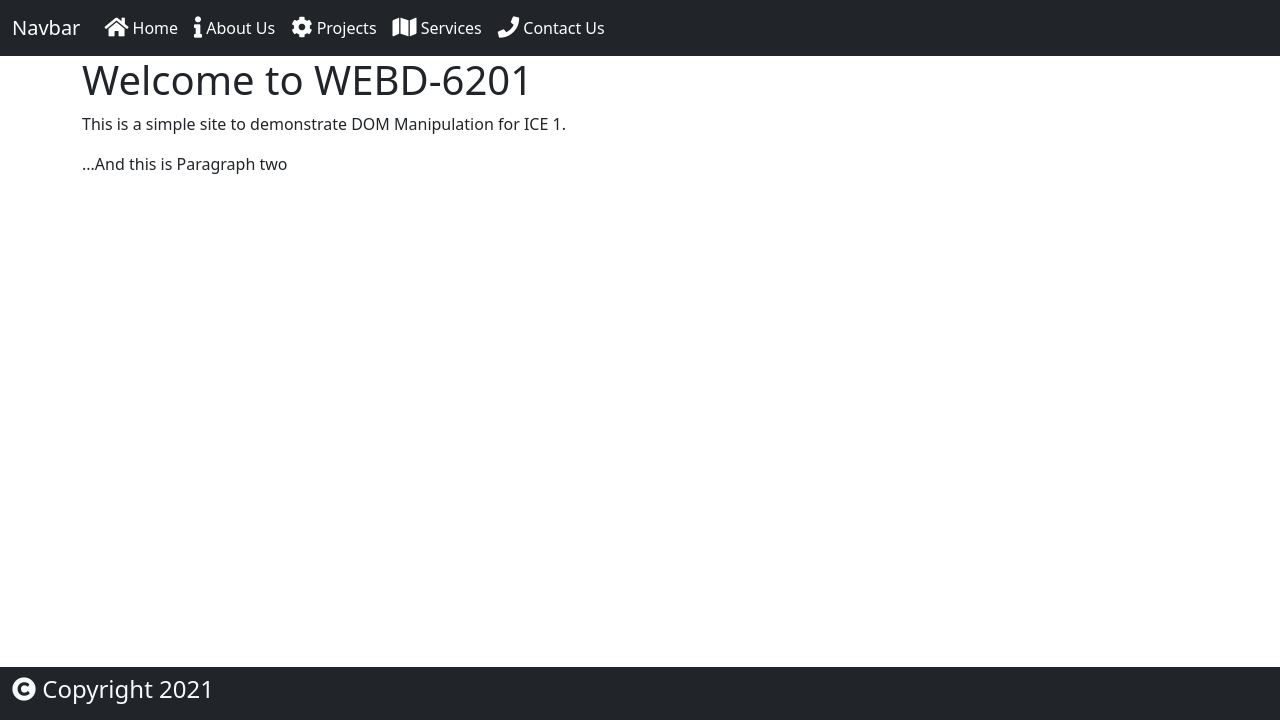
Repository: CKM206/WEBD6201-W2021---ICE1
Page: index.html
These files come from the project's save history. The page is drawn as it stood at one moment and after the next save; the edit follows.
The browser window is 1280 px wide. The pictures show the whole page.

Above is the page before, as saved 2021-01-20 09:52:14.

### index.html
<!DOCTYPE html>
<html lang="en">
<head>
    <meta charset="UTF-8">
    <meta name="viewport" content="width=device-width, initial-scale=1.0">
    <title>WEBD6201 - W2021 - ICE 1</title>
    <!-- CSS Section -->
    <!-- Inject Bootstrap first, always-->
    <link rel="stylesheet"
    href="./node_modules/bootstrap/dist/css/bootstrap.min.css">
    <!-- Now inject Icon Fonts using Font Awesome-->
    <link rel="stylesheet"
    href="./node_modules/@fortawesome/fontawesome-free/css/all.min.css">
    <!-- Now inject our custom css-->
    <link rel="stylesheet" href="./Content/app.css">
</head>
<body>

    <header>
        <nav class="navbar navbar-expand-lg navbar-dark bg-dark">
            <div class="container-fluid">
              <a class="navbar-brand" href="#">Navbar</a>
              <button class="navbar-toggler" type="button" data-bs-toggle="collapse" data-bs-target="#navbarSupportedContent" aria-controls="navbarSupportedContent" aria-expanded="false" aria-label="Toggle navigation">
                <span class="navbar-toggler-icon"></span>
              </button>
              <div class="collapse navbar-collapse" id="navbarSupportedContent">
                <ul class="navbar-nav me-auto mb-2 mb-lg-0">
                  <li class="nav-item">
                    <a class="nav-link active" aria-current="page" href="#"><i class="fas fa-home fa-lg"></i> Home</a>
                  </li>
                  <li class="nav-item">
                    <a class="nav-link active" aria-current="page" href="#"><i class="fas fa-info fa-lg"></i> About Us</a>
                  </li>
                  <li class="nav-item">
                    <a class="nav-link active" aria-current="page" href="#"><i class="fas fa-cog fa-lg"></i> Projects</a>
                  </li>
                  <li class="nav-item">
                    <a class="nav-link active" aria-current="page" href="#"><i class="fas fa-map fa-lg"></i> Services</a>
                  </li>
                  <li class="nav-item">
                    <a class="nav-link active" aria-current="page" href="#"><i class="fas fa-phone fa-lg"></i> Contact Us</a>
                  </li>
                </ul>
              </div>
            </div>
          </nav>
    </header>

    <main class="container">
        <h1>Welcome to WEBD-6201</h1>
        <p id="paragraphOne"></p>
    </main>

    <!-- Footer Section -->
    <footer>
        <nav class="navbar fixed-bottom navbar-dark bg-dark">
            <div class="container-fluid">
              <h4 class="text-light"><i class="fas fa-copyright text-light"></i> Copyright 2021</h4>
            </div>
          </nav>
    </footer>

    <!--Script Section-->
    <script src="./node_modules/jquery/dist/jquery.min.js"></script>
    <script src="./node_modules/bootstrap/dist/js/bootstrap.bundle.min.js"></script>
    <script src="./Scripts/app.js"></script>
</body>
</html>

### Content/app.css
/* Custom CSS Here */

### Scripts/app.js
/* Custom Javascript Here */
"use strict";   // Indicate that the code should be executed in "strict mode".

// IIFE - Immediately Invoked Function Expression (Anonymous Self-Executing Function)
//-Acts as a Closure, Limits Scope Leak
(function()
{
    function Start()
    {
        console.log("App Started...");

        // This shows different ways of accessing an element; @see index.html <p> on line 51
        //-Each has its own use and solves different problems
        let paragraphOneText = "This is a simple site to demonstrate DOM Manipulation for ICE 1.";
        let paragraphOneElement = document.getElementById("paragraphOne");

        // let aParagraph = document.getElementsByTagName("p")[0];
        // let allParagraphs = document.getElementsByTagName("p");
        // let paragraphOneQuery = document.querySelector("p");
        // let paragraphOneQuerys = document.querySelectorAll("p");

        // Print each variable to the console, see how each one "points" to the same <p> element
        // console.log(paragraphOneElement);
        // console.log(aParagraph);
        // console.log(allParagraphs[0]);
        // console.log(paragraphOneQuery);
        // console.log(paragraphOneQuerys);

        // Assigning values to the textContent of the element we have a reference to
        paragraphOneElement.textContent = paragraphOneText;

        /* We can change the style as well..
          For the most part its best to use css sheets, but this can be useful when attempting
          dynamic effects on the webpage
        */
        //paragraphOneElement.style = "color: blue;";

        /* We can change the class of an element as well...
        * This is probably a better way of assigning css to elements (As compared to above)
        */
        //paragraphOneElement.className = "fs-4 fw-bold";


        // Creating a new element
        let newParagraph = document.createElement("p");             // Create the Element
        newParagraph.setAttribute("id","paragraphTwo");             // Configure the Element
        newParagraph.textContent = "...And this is Paragraph two"   //--
        let mainContent = document.getElementsByTagName("main")[0]; // Get a reference to the Main Element
        mainContent.appendChild(newParagraph);                      // Append the new Element as a child of main



    }

    window.addEventListener("load", Start);
})();

Loaded but not shown: node_modules/bootstrap/dist/css/bootstrap.min.css (library); node_modules/@fortawesome/fontawesome-free/css/all.min.css (library); node_modules/jquery/dist/jquery.min.js (library); node_modules/bootstrap/dist/js/bootstrap.bundle.min.js (library)

After the next save:
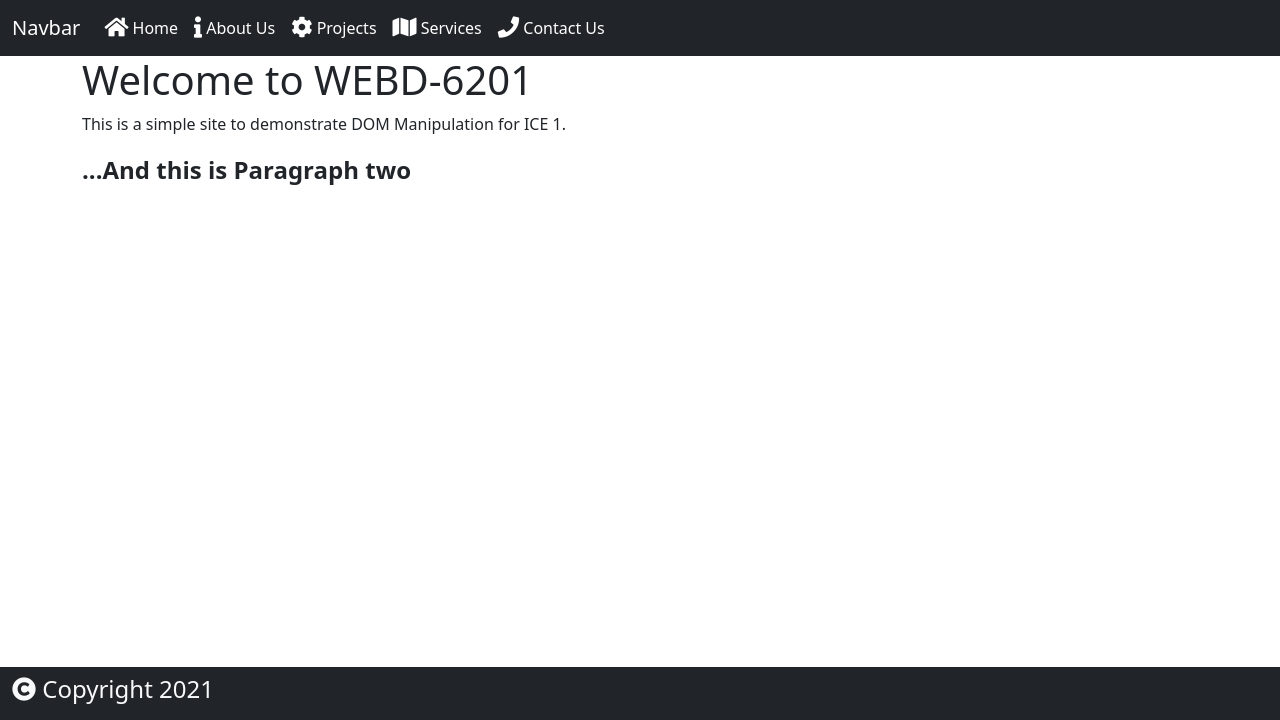
Saved 23 s later.
--- a/Scripts/app.js
+++ b/Scripts/app.js
@@ -48,6 +48,8 @@
         let mainContent = document.getElementsByTagName("main")[0]; // Get a reference to the Main Element
         mainContent.appendChild(newParagraph);                      // Append the new Element as a child of main
 
+        newParagraph.className = "fs-4 fw-bold";
+
 
 
     }
